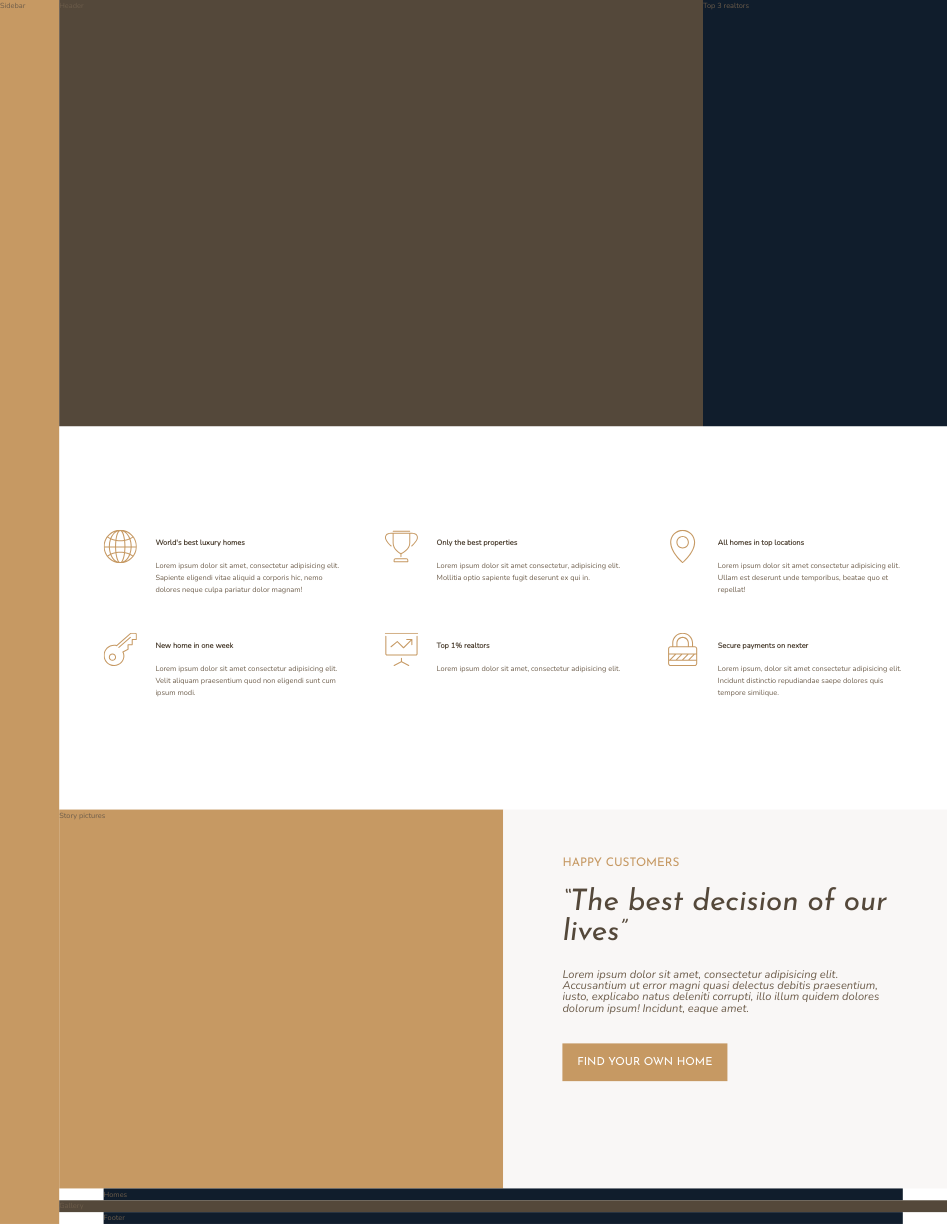
Repository: achwesiuk/nexter
Page: index.html
These files come from the project's save history. The page is drawn as it stood at one moment and after the next save; the edit follows.
The browser window is 1280 px wide. The pictures show the whole page, at 74% of full size.
The style sheet was rebuilt from its Sass, Less or Tailwind sources for each picture, by a compiler version that may differ from the author's.

Above is the page before, as saved 2021-02-23 11:33:12.

### index.html
<!DOCTYPE html>
<html lang="en">
    <head>
        <meta charset="UTF-8">
        <meta name="viewport" content="width=device-width, initial-scale=1.0">
        <meta http-equiv="X-UA-Compatible" content="ie=edge">

        <link href="https://fonts.googleapis.com/css?family=Josefin+Sans:300,400,400i|Nunito:300,300i" rel="stylesheet">
        <link rel="stylesheet" href="css/style.css">
        <link rel="shortcut icon" type="image/png" href="img/favicon.png">

        <title>nexter &mdash; your home, your freedom</title>
    </head>
    <body class="container">
        <div class="sidebar">
            Sidebar
        </div>

        <header class="header">
            Header
        </header>

        <div class="realtors">
            Top 3 realtors
        </div>

        <section class="features">
            <div class="feature">
                <svg class="feature__icon">
                    <use xlink:href="img/sprite.svg#icon-global"></use>
                </svg>
                <h4 class="heading-4--dark">World's best luxury homes</h4>
                <p class="feature-text">Lorem ipsum dolor sit amet, consectetur adipisicing elit. Sapiente eligendi vitae aliquid a corporis hic, nemo dolores neque culpa pariatur dolor magnam!</p>
            </div>
            <div class="feature">
                <svg class="feature__icon">
                    <use xlink:href="img/sprite.svg#icon-trophy"></use>
                </svg>
                <h4 class="heading-4--dark">Only the best properties</h4>
                <p class="feature-text">Lorem ipsum dolor sit amet consectetur, adipisicing elit. Mollitia optio sapiente fugit deserunt ex qui in.</p>
            </div>
            <div class="feature">
                <svg class="feature__icon">
                    <use xlink:href="img/sprite.svg#icon-map-pin"></use>
                </svg>
                <h4 class="heading-4--dark">All homes in top locations</h4>
                <p class="feature-text">Lorem ipsum dolor sit amet consectetur adipisicing elit. Ullam est deserunt unde temporibus, beatae quo et repellat!</p>
            </div>
            <div class="feature">
                <svg class="feature__icon">
                    <use xlink:href="img/sprite.svg#icon-key"></use>
                </svg>
                <h4 class="heading-4--dark">New home in one week</h4>
                <p class="feature-text">Lorem ipsum dolor sit amet consectetur adipisicing elit. Velit aliquam praesentium quod non eligendi sunt cum ipsum modi.</p>
            </div>
            <div class="feature">
                <svg class="feature__icon">
                    <use xlink:href="img/sprite.svg#icon-presentation"></use>
                </svg>
                <h4 class="heading-4--dark">Top 1% realtors</h4>
                <p class="feature-text">Lorem ipsum dolor sit amet, consectetur adipisicing elit.</p>
            </div>
            <div class="feature">
                <svg class="feature__icon">
                    <use xlink:href="img/sprite.svg#icon-lock"></use>
                </svg>
                <h4 class="heading-4--dark">Secure payments on nexter</h4>
                <p class="feature-text">Lorem ipsum, dolor sit amet consectetur adipisicing elit. Incidunt distinctio repudiandae saepe dolores quis tempore similique.</p>
            </div>
        </section>

        <div class="story__pictures">
            Story pictures
        </div>

        <div class="story__content">
            <h3 class="heading-3 mb-sm">Happy Customers</h3>
            <h2 class="heading-2 heading-2--dark mb-md">&ldquo;The best decision of our lives&rdquo;</h2>
            <p class="story__text">
                Lorem ipsum dolor sit amet, consectetur adipisicing elit. Accusantium ut error magni quasi delectus debitis praesentium, iusto, explicabo natus deleniti corrupti, illo illum quidem dolores dolorum ipsum! Incidunt, eaque amet.
            </p>
            <button class="btn">Find your own home</button>
        </div>

        <section class="homes">
            Homes
        </section>

        <section class="gallery">
            Gallery
        </section>

        <footer>
            Footer
        </footer>
    </body>
</html>

### sass/main.scss
@import "base";
@import "typography";

@import "sidebar";
@import "header";
@import "realtors";
@import "features";
@import "story";
@import "homes";
@import "gallery";
@import "footer";

### sass/_base.scss
// COLOR VARIABLES
$color-primary: #c69963;
$color-primary-dark: #B28451;

$color-secondary: #101d2c;

$color-grey-light-1: #f9f7f6;
$color-grey-light-2: #aaa;

$color-grey-dark-1: #54483A;
$color-grey-dark-2: #6D5D4B;

// FONT VARIABLES
$font-primary: 'Nunito', sans-serif;
$font-display: 'Josefin Sans', sans-serif;

*,
*::before,
*::after {
    margin: 0;
    padding: 0;
    -webkit-box-sizing: inherit;
            box-sizing: inherit; //dziedziczy po HTML
}

html {
    -webkit-box-sizing: border-box;
            box-sizing: border-box;
    font-size: 62.5%; // 10px / 16px = 62.5% -> 1rem = 10px
}

body {
    font-family: $font-primary;
    color: $color-grey-dark-2;
    font-weight: 300;
    line-height: 1.6;
}

.container {
    display: grid;
    grid-template-rows: 80vh min-content 40vw repeat(3, min-content); // 1.wiersz - wysokość wiersza jest wartością procentową vh; jest to siatka jawna z jednym wierszem, pozostałe elementy będą dodane w siatce niejawnej (elementy, które nie mają miejsca w siatce jawnej)
    // 2. wiersz - wysokość wiersza uzależniona od zawartej w nim treści
    // 2. auto - domyślne, jeżeli nic nie będzie określone; również dopasowuje się do treści
    // 3. wiersz - wiersz uzależniony od szerokości układu (podczas zmiany szerokości widoku zmieniają się wymiary wiersza - zwęża się, rośnie)
    // 4, 5, 6 - wysokość wiersza uzależnione od jego zawartości
    grid-template-columns: [sidebar-start] 8rem [sidebar-end full-start] minmax(6rem, 1fr) [center-start] repeat(8, [col-start] minmax(min-content, 14rem) [col-end]) [center-end] minmax(6rem, 1fr) [full-end];
}

### sass/_typography.scss
%heading { //extended działa przeciwnie do mixin; selektory (heading-1 etc.) są kopiowane to selektora na górze
    font-family: $font-display;
    font-weight: 400;
}

.heading-1 {
    @extend %heading;
}

.heading-2 {
    @extend %heading;
    font-size: 4rem;
    font-style: italic;
    line-height: 1;

    &--light {color: $color-grey-light-1;}
    &--dark {color: $color-grey-dark-1;}
}

.heading-3 {
    @extend %heading;
    font-size: 1.6rem;
    color: $color-primary;
    text-transform: uppercase;
}

.heading-4 {
    @extend %heading;
    font-size: 1.9rem;

    &--light {color: $color-grey-light-1;}
    &--dark {color: $color-grey-dark-1;}
}

.btn {
    background-color: $color-primary;
    color: #fff;
    border: none;
    border-radius: 0; //z założenia przyciski mają ustawiony jakiś kąt
    font-family: $font-display;
    font-size: 1.5rem;
    text-transform: uppercase;
    padding: 1.8rem 2rem;
    cursor: pointer;

    transition: all .2s;

    &:hover {
        background-color: $color-primary-dark;
    }
}

.mb-sm {margin-bottom: 2rem;}
.mb-md {margin-bottom: 3rem;}
.mb-lg {margin-bottom: 4rem;}
.mb-hg {margin-bottom: 8rem;}

### sass/_sidebar.scss
.sidebar {
    background-color: $color-primary;
    grid-column: sidebar-start / sidebar-end;
    grid-row: 1 / -1;
}

### sass/_header.scss
.header {
    background-color: $color-grey-dark-1;
    grid-column: full-start / col-end 6;
}

### sass/_realtors.scss
.realtors {
    background-color: $color-secondary;
    grid-column: col-start 7 / full-end;
}

### sass/_features.scss
.features {
    grid-column: center-start / center-end;

    margin: 15rem 0;

    display: grid;
    //grid-template-columns: repeat(3, 1fr);
    grid-template-columns: repeat(auto-fit, minmax(25rem, 1fr));
    //grid-template-rows: auto auto; niepotrzebne, ponieważ wiersze i tak układają się w ten sposób
    grid-gap: 6rem;
    align-items: start;
}

.feature {

    display: grid;
    grid-template-columns: min-content 1fr; //min-content odnosi się do wymiarów ikony
    //nie trzeba określać wierszy, mają mieć wielkość zawartej w nich treści
    grid-row-gap: 1.5rem;
    grid-column-gap: 2.5rem;

    &__icon {
        fill: $color-primary;
        width: 4.5rem;
        height: 4.5rem;
        transform: translateY(-1rem);

        //grid-row: 1 / -1; // -1 oznacza koniec JAWNEJ SIATKI, a tutaj jest niejawna
        grid-row: -1 / span 2;
    }

    &__text {
        font-size: 1.7rem;
    }
}

### sass/_story.scss
.story {

    &__pictures {
        background-color: $color-primary;
        grid-column: full-start / col-end 4;
    }

    &__content {
        background-color: $color-grey-light-1;
        grid-column: col-start 5 / full-end;

        padding: 6rem 8rem;
    }

    &__text {
        font-size: 1.5rem;
        font-style: italic;
        line-height: 1;
        margin-bottom: 4rem;
    }
}

### sass/_homes.scss
.homes {
    background-color: $color-secondary;
    grid-column: center-start / center-end;
}

### sass/_gallery.scss
.gallery {
    background-color: $color-grey-dark-1;
    grid-column: full-start / full-end;
}

### sass/_footer.scss
footer {
    background-color: $color-secondary;
    grid-column: center-start / center-end;
}

After the next save:
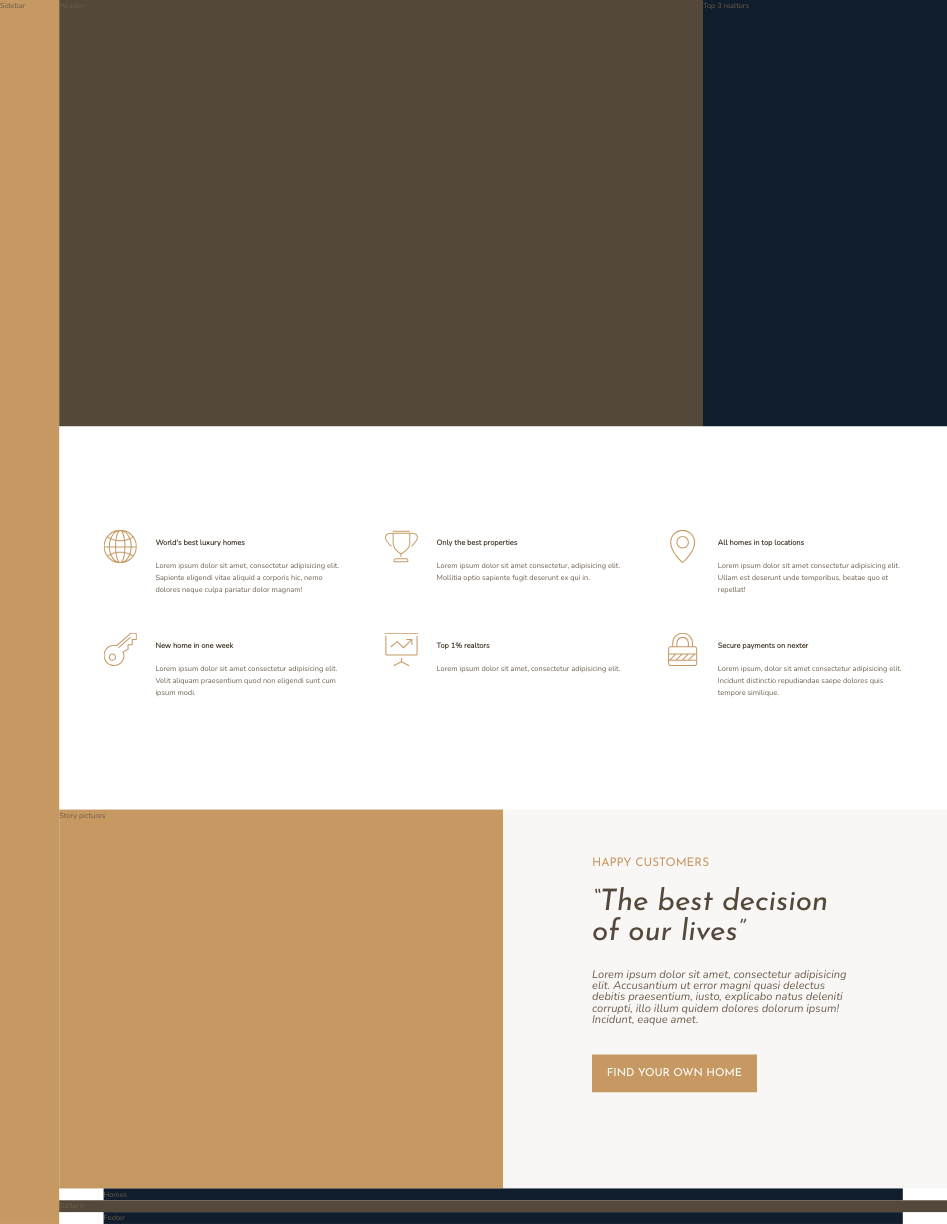
Saved 15 min 29 s later.
--- a/sass/_story.scss
+++ b/sass/_story.scss
@@ -9,7 +9,7 @@
         background-color: $color-grey-light-1;
         grid-column: col-start 5 / full-end;
 
-        padding: 6rem 8rem;
+        padding: 6rem 12rem;
     }
 
     &__text {
